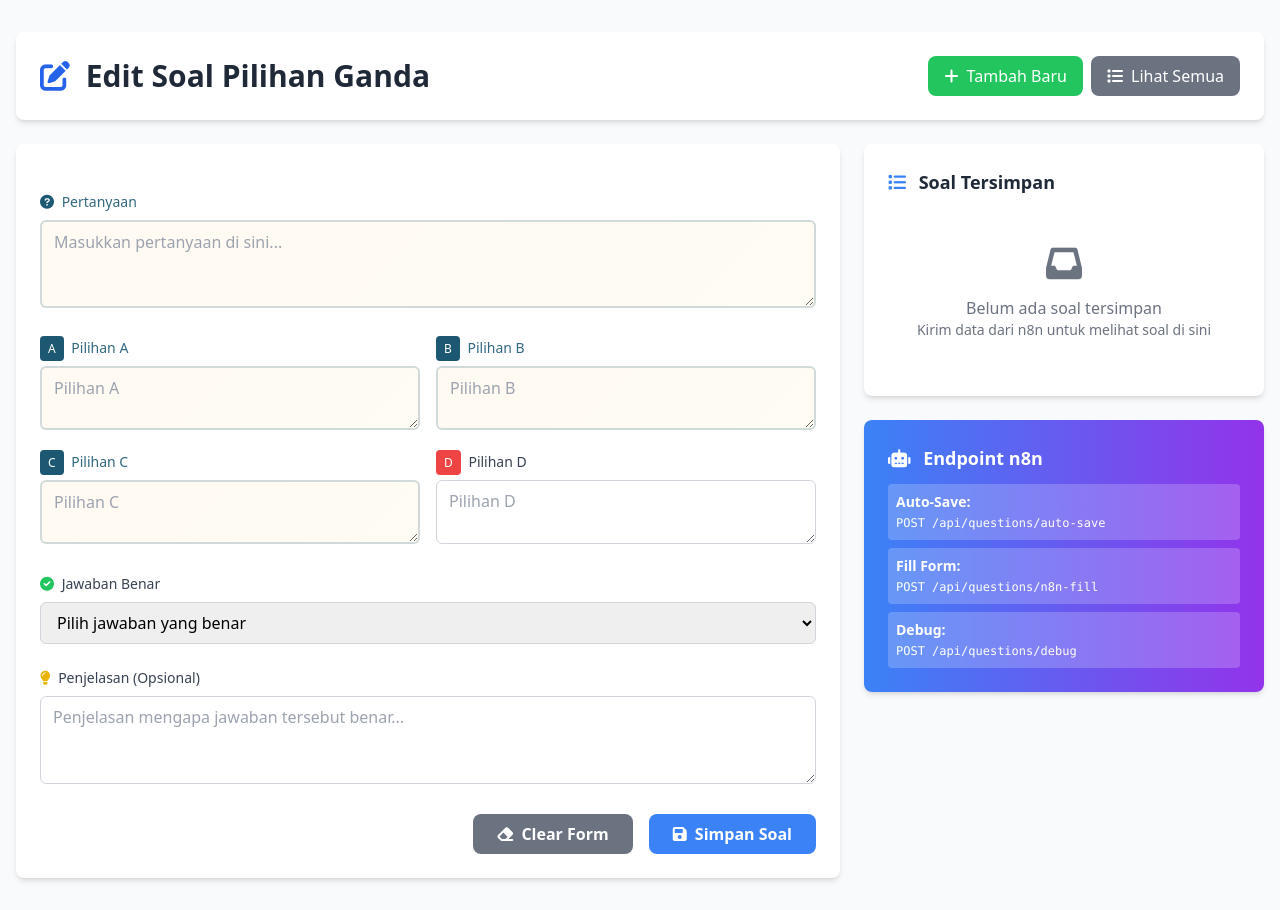
Repository: Autofat/LMS-MOOC
Page: resources/views/edit-questions.blade.php
These files come from the project's save history. The page is drawn as it stood at one moment and after the next save; the edit follows.
The browser window is 1280 px wide. The pictures show the whole page.
Some web libraries are served in a nearby version. The page is served by the project's Laravel application, run on PHP 8.4 with Laravel 12. The template is opened directly, without the code that normally fills it, so the values that code supplies are empty.

Above is the page before, as saved 2025-08-01 14:43:08.

After the next save:
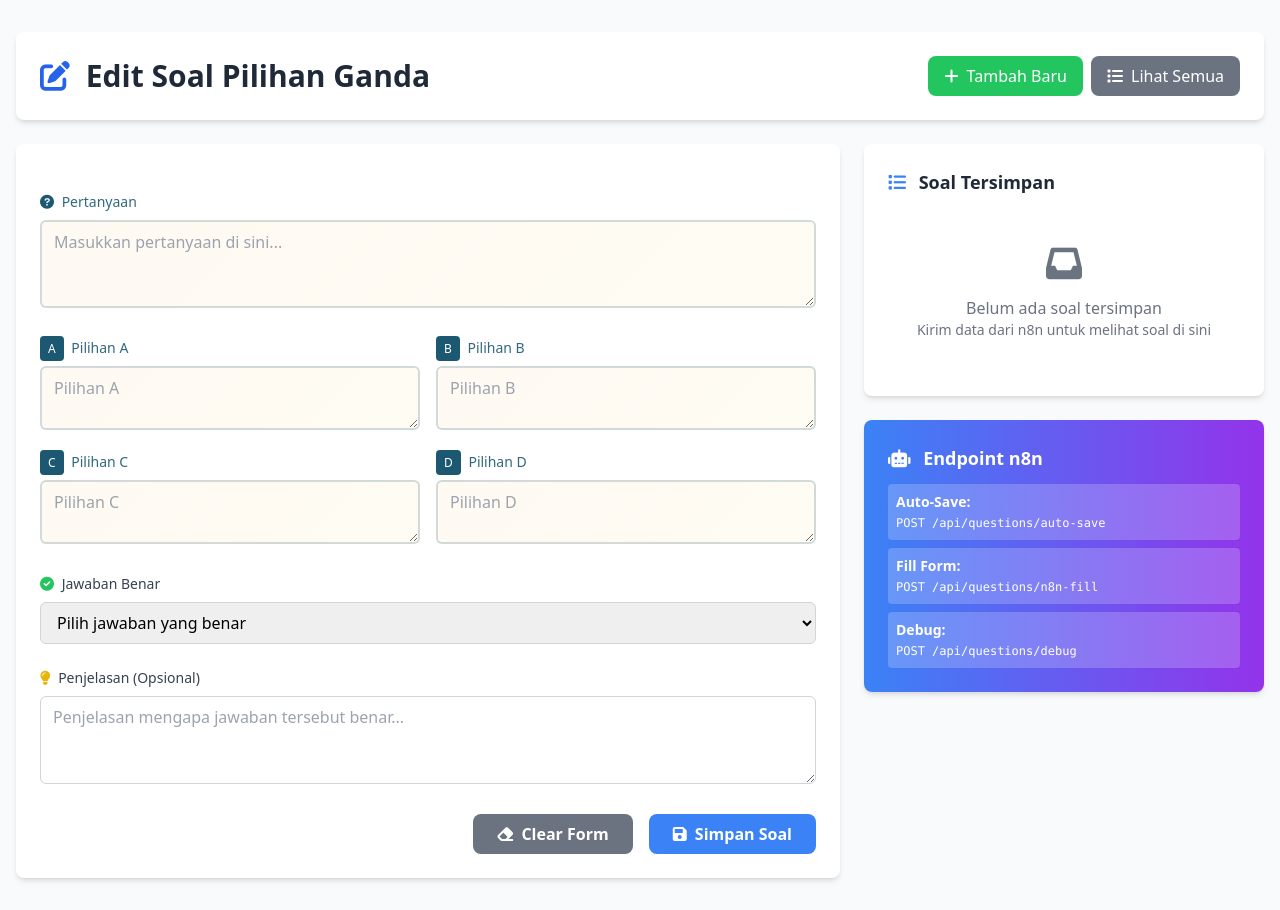
Saved 10 s later.
--- a/resources/views/edit-questions.blade.php
+++ b/resources/views/edit-questions.blade.php
@@ -116,12 +116,13 @@
                             </div>
 
                             <div>
-                                <label for="option_d" class="block text-sm font-medium text-gray-700 mb-2">
-                                    <span class="bg-red-500 text-white px-2 py-1 rounded text-xs mr-1">D</span>
+                                <label for="option_d" class="block text-sm font-medium mb-2" style="color: rgba(28,88,113,0.9);">
+                                    <span class="text-white px-2 py-1 rounded text-xs mr-1" style="background: rgba(28,88,113,1);">D</span>
                                     Pilihan D
                                 </label>
                                 <textarea name="option_d" id="option_d" rows="2"
-                                    class="w-full px-3 py-2 border border-gray-300 rounded-md focus:outline-none focus:ring-2 focus:ring-blue-500 focus:border-transparent"
+                                    class="w-full px-3 py-2 rounded-md focus:outline-none focus:ring-2 transition-all border-2"
+                                    style="border-color: rgba(28,88,113,0.2); background: linear-gradient(135deg, rgba(245,158,11,0.05) 0%, rgba(251,191,36,0.05) 100%);"
                                     placeholder="Pilihan D" required>{{ old('option_d', $autoFillData['option_d'] ?? '') }}</textarea>
                                 @error('option_d')
                                     <p class="text-red-500 text-sm mt-1">{{ $message }}</p>
